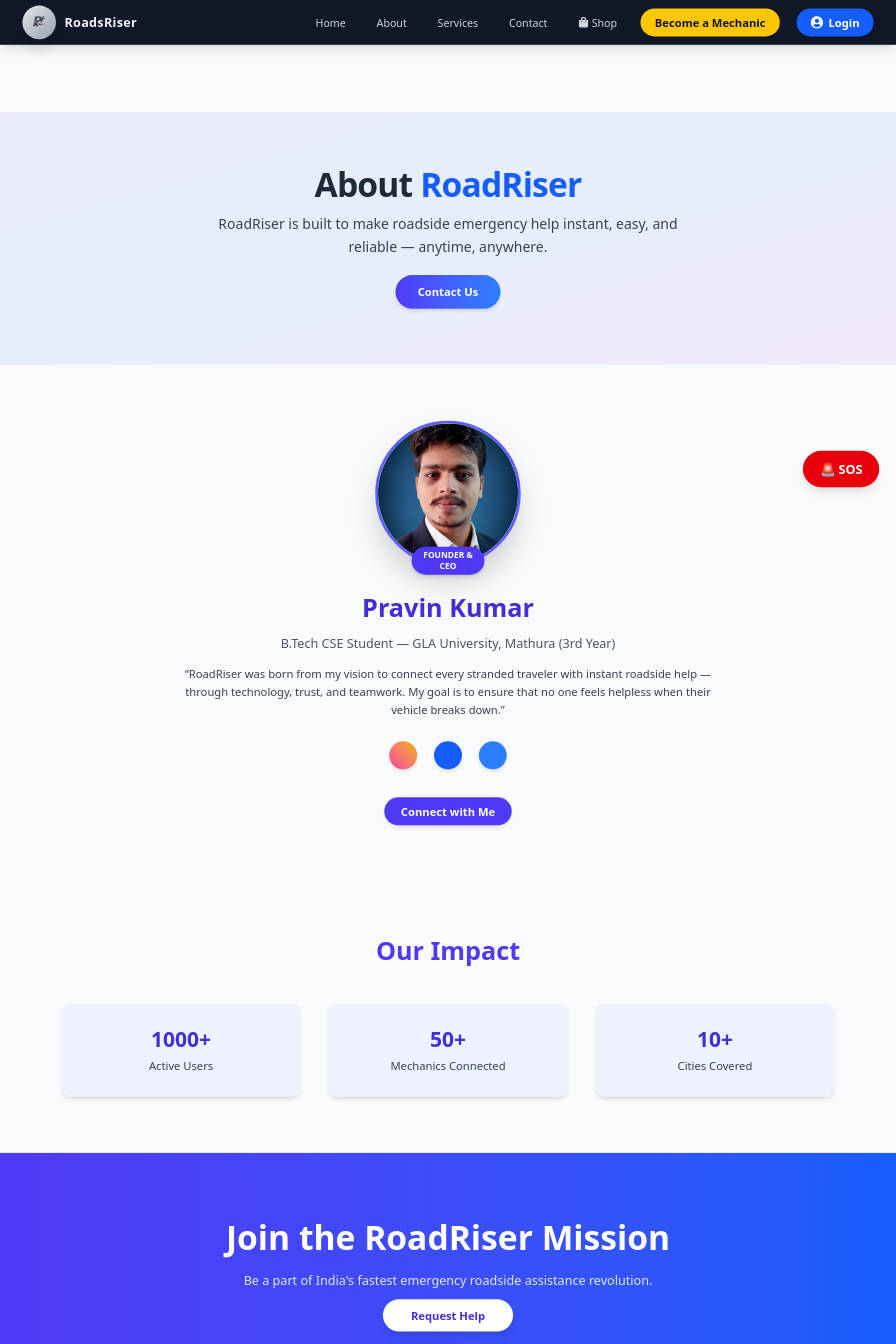
Repository: pravin-8859/ROADSRISER-APP
Page: /about (app in frontend/)
An editor plug-in stored every save of this project. The page is shown before and after the next save, followed by the edit.
The browser window is 1280 px wide. The pictures show the part of the page from y = 0 to 1920 px (the page is 2573 px tall), at 70% of full size.
The project was rebuilt for these pictures with package versions that can differ from the ones it lists, and the page was loaded fresh each time. Also part of the build but not shown: frontend/vite.config.js, frontend/src/components/MainSection.jsx, frontend/src/pages/Home.jsx, frontend/src/pages/MechanicSearch.jsx, frontend/src/pages/RequestHelp.jsx, frontend/src/pages/Shop.jsx, frontend/src/pages/Services.jsx, frontend/src/pages/Contact.jsx and 18 more.

Above is the page before, as saved 2025-11-19 01:24:53.

### frontend/src/App.jsx
import React from "react";
import { BrowserRouter as Router, Routes, Route, Navigate } from "react-router-dom";
import Navbar from "./components/Navbar";
import Footer from "./components/Footer";
import Home from "./pages/Home"; // keep if exists
import MechanicSearch from "./pages/MechanicSearch";
import RequestHelp from "./pages/RequestHelp";
import Shop from "./pages/Shop";
import About from "./pages/About";
import Services from "./pages/Services";
import Contact from "./pages/Contact";
import UserSignup from "./pages/UserSignup";
import UserLogin from "./pages/UserLogin";
import DashboardUser from "./pages/user/DashboardUser";
import MechanicSignup from "./pages/MechanicSignup";
import MechanicLogin from "./pages/MechanicLogin";
import DashboardMechanic from "./pages/DashboardMechanic"; // full mechanic dashboard demo
import ForgotPassword from "./pages/ForgotPassword";
import ResetPassword from "./pages/ResetPassword";
import ScrollToTop from "./components/ScrollToTop";
import SOSButton from "./components/SOSButton";

export default function App() {
  return (
    <Router>
      <Navbar />
      <div className="pt-16">
        <ScrollToTop />
        <Routes>
          <Route path="/user/signup" element={<UserSignup />} />
          <Route path="/user/login" element={<UserLogin />} />
          <Route path="/user/dashboard" element={<DashboardUser />} />
          <Route path="/auth/mechanic/signup" element={<MechanicSignup />} />
          <Route path="/auth/mechanic/login" element={<MechanicLogin />} />
          <Route path="/mechanic/dashboard" element={<DashboardMechanic />} />
          <Route path="/forgot-password" element={<ForgotPassword />} />
          <Route path="/reset-password/:token" element={<ResetPassword />} />
          <Route path="/about" element={<About />} />
          <Route path="/services" element={<Services />} />
          <Route path="/contact" element={<Contact />} />
          <Route path="/shop" element={<Shop />} />
          <Route path="/mechanic-search" element={<MechanicSearch />} />
          <Route path="/request-help" element={<RequestHelp />} />
          <Route path="/" element={<Home />} />
          <Route path="*" element={<Navigate to="/user/login" />} />
        </Routes>
        <Footer />
        <SOSButton />
      </div>
    </Router>
  );
}

### frontend/src/components/Footer.jsx
import React from "react";
import { Link } from "react-router-dom";
import { FaFacebookF, FaInstagram, FaLinkedinIn, FaYoutube, FaWhatsapp } from "react-icons/fa";

export default function Footer() {
  return (
    <footer className="relative bg-gradient-to-b from-gray-50 to-gray-100 dark:from-gray-900 dark:to-gray-950 text-gray-700 dark:text-gray-300 border-t border-gray-200 dark:border-gray-800 transition-colors duration-500">
      <div className="max-w-7xl mx-auto px-6 sm:px-8 lg:px-10 py-14 grid grid-cols-1 sm:grid-cols-3 gap-10">
        <div>
          <h2 className="text-lg font-semibold text-gray-900 dark:text-white mb-3">About RoadsRiser</h2>
          <p className="text-sm leading-relaxed text-gray-600 dark:text-gray-400">RoadsRiser connects stranded drivers with nearby mechanics and towing support — making roadside help fast, simple, and reliable.</p>
        </div>

        <div>
          <h2 className="text-lg font-semibold text-gray-900 dark:text-white mb-3">Quick Links</h2>
          <ul className="space-y-2 text-sm">
            {[{to:"/",label:"Home"},{to:"/about",label:"About"},{to:"/services",label:"Services"},{to:"/contact",label:"Contact"},{to:"/shop",label:"Shop"}].map((link,i)=>(
              <li key={i}><Link to={link.to} className="hover:text-indigo-600 dark:hover:text-indigo-400 transition-colors duration-300">{link.label}</Link></li>
            ))}
          </ul>
        </div>

        <div>
          <h2 className="text-lg font-semibold text-gray-900 dark:text-white mb-3">Get in Touch</h2>
          <p className="text-sm text-gray-600 dark:text-gray-400">📍 Mathura, India</p>
          <p className="text-sm text-gray-600 dark:text-gray-400">📞 +91 9389867581</p>
          <p className="text-sm text-gray-600 dark:text-gray-400">✉️ support-praviiiinn@gmail.com</p>
        </div>
      </div>

      <div className="max-w-7xl mx-auto px-6 sm:px-8 lg:px-10 border-t border-gray-200 dark:border-gray-700 pt-10 pb-8 text-center">
        <div className="flex flex-wrap justify-center gap-x-6 gap-y-3 md:gap-x-12 text-sm font-medium text-gray-600 dark:text-gray-400 mb-6 leading-relaxed">
          {"Seat Covers & Installation,Towing,Flat Tyre,Battery Jumpstart,Starting Problem,Key Unlock,Fuel Delivery,Fitment Service".split(",").map((s,i)=>(<span key={i} className="hover:text-indigo-600 dark:hover:text-indigo-400 cursor-default">{s}</span>))}
        </div>

        <div className="flex flex-wrap justify-center items-center gap-8 mb-6">
          <a href="https://www.apple.com/in/app-store/" target="_blank" rel="noreferrer" className="hover:scale-105 transition-transform duration-300"><img src="https://developer.apple.com/assets/elements/badges/download-on-the-app-store.svg" alt="appstore" className="h-10 md:h-12 filter dark:brightness-90" /></a>
          <a href="https://play.google.com/store" target="_blank" rel="noreferrer" className="hover:scale-105 transition-transform duration-300"><img src="https://upload.wikimedia.org/wikipedia/commons/7/78/Google_Play_Store_badge_EN.svg" alt="play" className="h-10 md:h-12 filter dark:brightness-90" /></a>
        </div>

        <div className="flex justify-center items-center gap-6 md:gap-8 mb-8">
          {[
            {icon:<FaFacebookF/>,link:"https://facebook.com"},
            {icon:<FaInstagram/>,link:"https://instagram.com"},
            {icon:<FaLinkedinIn/>,link:"https://linkedin.com"},
            {icon:<FaYoutube/>,link:"https://youtube.com"},
            {icon:<FaWhatsapp/>,link:"https://wa.me/9389867581"}
          ].map((s,i)=>(
            <a key={i} href={s.link} target="_blank" rel="noreferrer" className="w-10 h-10 flex items-center justify-center rounded-full border border-gray-400 dark:border-gray-600 text-gray-700 dark:text-gray-300 hover:text-white hover:bg-indigo-600 hover:border-indigo-600 transition-all duration-300 text-lg">{s.icon}</a>
          ))}
        </div>

        <div className="text-center text-sm text-gray-500 dark:text-gray-400 pt-4 border-t border-gray-200 dark:border-gray-700 mt-6">
          © {new Date().getFullYear()} <span className="font-semibold text-gray-800 dark:text-gray-200">RoadsRiser</span> — All rights reserved.
        </div>
      </div>
    </footer>
  );
}

### frontend/src/pages/About.jsx
// src/pages/About.jsx
import React from "react";
import { Link } from "react-router-dom";

// Imported founder picture
import founderImg from "../assets/MyPic.png";
import fbIcon from "../assets/facebook.png";
import igIcon from "../assets/instagram.png";
import lnIcon from "../assets/linkedin.png";

export default function About() {
  return (
    <div className="min-h-screen bg-gray-50 dark:bg-gray-900 text-gray-800 dark:text-gray-100 transition-colors duration-500 pt-24">

      {/* 🌟 Intro Section */}
      <section className="relative flex flex-col items-center justify-center text-center px-6 py-20
        bg-gradient-to-br from-indigo-500/10 via-blue-500/10 to-purple-500/10
        dark:from-indigo-900/20 dark:via-blue-900/10 dark:to-purple-900/20">

        <h1 className="text-4xl md:text-5xl font-extrabold mb-4 tracking-tight">
          About <span className="text-blue-600 dark:text-blue-400">RoadRiser</span>
        </h1>

        <p className="text-lg md:text-xl max-w-2xl text-gray-700 dark:text-gray-300 leading-relaxed">
          RoadRiser is built to make roadside emergency help instant, easy, and reliable —
          anytime, anywhere.
        </p>

        <Link
          to="/contact"
          className="mt-6 inline-block bg-gradient-to-r from-indigo-600 to-blue-500
          text-white px-8 py-3 rounded-full font-semibold shadow-md hover:scale-105
          transition-transform duration-300"
        >
          Contact Us
        </Link>
      </section>


      {/* 👤 Founder & CEO Section */}
<section className="max-w-6xl mx-auto py-20 px-6 text-center flex flex-col items-center space-y-10">
  <div className="relative">
    <img
      src={founderImg}
      alt="Founder"
      className="w-52 h-52 object-cover rounded-full shadow-2xl border-4 border-indigo-500 dark:border-indigo-400 hover:scale-105 transition-transform duration-500"
    />
    <div className="absolute -bottom-3 left-1/2 transform -translate-x-1/2 bg-indigo-600 text-white text-xs uppercase font-semibold px-3 py-1 rounded-full shadow-md">
      Founder & CEO
    </div>
  </div>

  {/* Founder Info */}
  <div className="max-w-3xl text-center space-y-4">
    <h2 className="text-3xl md:text-4xl font-bold text-indigo-700 dark:text-indigo-400">
      Pravin Kumar
    </h2>
    <p className="text-gray-600 dark:text-gray-400 text-lg">
      B.Tech CSE Student — GLA University, Mathura (3rd Year)
    </p>
    <p className="text-gray-700 dark:text-gray-300 leading-relaxed">
      “RoadRiser was born from my vision to connect every stranded traveler with instant roadside help —
      through technology, trust, and teamwork. My goal is to ensure that no one feels helpless when their vehicle breaks down.”
    </p>

    {/* 🌐 Social Icons */}
    <div className="flex justify-center gap-6 pt-4">
      <a
        href="https://www.instagram.com/pravinn._07?igsh=NHN6NTV6Zjh5ZW40"
        target="_blank"
        rel="noopener noreferrer"
        className="w-10 h-10 flex items-center justify-center rounded-full bg-gradient-to-tr from-pink-500 to-yellow-500 text-white text-lg hover:scale-110 shadow-md transition-transform duration-300"
      >
        <i className="fab fa-instagram"></i>
      </a>

      <a
        href="www.linkedin.com/in/pravin9389"
        target="_blank"
        rel="noopener noreferrer"
        className="w-10 h-10 flex items-center justify-center rounded-full bg-blue-600 text-white text-lg hover:scale-110 shadow-md transition-transform duration-300"
      >
        <i className="fab fa-linkedin-in"></i>
      </a>

      <a
        href="https://www.facebook.com/share/1FaUBUAXFc/"
        target="_blank"
        rel="noopener noreferrer"
        className="w-10 h-10 flex items-center justify-center rounded-full bg-blue-500 text-white text-lg hover:scale-110 shadow-md transition-transform duration-300"
      >
        <i className="fab fa-facebook-f"></i>
      </a>
    </div>

    {/* Connect Button */}
    <div className="pt-6">
      <Link
        to="/contact"
        className="inline-block bg-indigo-600 hover:bg-indigo-700 text-white font-semibold px-6 py-2 rounded-full shadow-md hover:shadow-lg transition-transform hover:scale-105"
      >
        Connect with Me
      </Link>
    </div>
  </div>
</section>


      {/* Impact Section */}
      <section className="max-w-6xl mx-auto py-20 px-6 text-center">
        <h2 className="text-3xl md:text-4xl font-bold mb-14 text-indigo-600 dark:text-indigo-400">
          Our Impact
        </h2>

        <div className="grid grid-cols-1 md:grid-cols-3 gap-10">
          {[
            { count: "1000+", label: "Active Users" },
            { count: "50+", label: "Mechanics Connected" },
            { count: "10+", label: "Cities Covered" },
          ].map((item, i) => (
            <div
              key={i}
              className="bg-indigo-50 dark:bg-gray-800 p-8 rounded-xl shadow-md hover:scale-105 transition-transform"
            >
              <h3 className="text-3xl font-bold text-indigo-700 dark:text-indigo-300 mb-2">
                {item.count}
              </h3>
              <p className="text-gray-700 dark:text-gray-300">{item.label}</p>
            </div>
          ))}
        </div>
      </section>


      {/* CTA Section */}
      <section className="text-center py-24 bg-gradient-to-r from-indigo-600 to-blue-600
        dark:from-gray-900 dark:to-gray-800 text-white">

        <h2 className="text-4xl md:text-5xl font-extrabold mb-6">
          Join the RoadRiser Mission
        </h2>

        <p className="max-w-2xl mx-auto text-lg mb-6 text-blue-100 dark:text-gray-300">
          Be a part of India's fastest emergency roadside assistance revolution.
        </p>

        <Link
          to="/request-help"
          className="bg-white text-indigo-700 dark:bg-indigo-600 dark:text-white
          font-semibold px-10 py-3 rounded-full shadow-lg hover:scale-105 transition"
        >
          Request Help
        </Link>
      </section>

    </div>
  );
}

### frontend/src/components/ScrollToTop.jsx
import { useEffect } from "react";
import { useLocation } from "react-router-dom";

export default function ScrollToTop() {
  const { pathname } = useLocation();

  useEffect(() => {
    window.scrollTo({
      top: 0,
      behavior: "smooth", // ya "auto" agar instant jump chahiye
    });
  }, [pathname]);

  return null;
}

### frontend/src/components/SOSButton.jsx
import { useState } from "react";
import { useNavigate } from "react-router-dom";

export default function SOSButton() {
  const [loading, setLoading] = useState(false);
  const [message, setMessage] = useState("");
  const navigate = useNavigate();

  // Example: token check (you can replace with your auth state or context)
  const isLoggedIn = !!localStorage.getItem("token"); // token stored on login

  const sendSOS = async () => {
    if (!isLoggedIn) {
      alert("⚠️ Please login first to request help.");
      navigate("/auth"); // redirect to login/signup page
      return;
    }

    setLoading(true);
    setMessage("");

    try {
      // Optionally, get live location
      navigator.geolocation.getCurrentPosition(async (pos) => {
        const { latitude, longitude } = pos.coords;

        const response = await fetch("http://localhost:5000/api/report/sos", {
          method: "POST",
          headers: {
            "Content-Type": "application/json",
            Authorization: `Bearer ${localStorage.getItem("token")}`,
          },
          body: JSON.stringify({
            latitude,
            longitude,
            type: "Emergency SOS",
          }),
        });

        if (response.ok) {
          setMessage("🚨 SOS request sent successfully!");
        } else {
          setMessage("❌ Failed to send SOS request.");
        }
        setLoading(false);
      });
    } catch (err) {
      setMessage("⚠️ Error getting location or sending request.");
      setLoading(false);
    }
  };

  return (
    <>
      {/* Floating SOS Button */}
      <button
        onClick={sendSOS}
        disabled={loading}
        className={`fixed bottom-6 right-6 z-50 px-6 py-3 rounded-full shadow-lg text-white font-bold text-lg transition-all ${
          loading ? "bg-gray-400 cursor-not-allowed" : "bg-red-600 hover:bg-red-700"
        }`}
      >
        {loading ? "Sending..." : "🚨 SOS"}
      </button>

      {/* Response message */}
      {message && (
        <div className="fixed bottom-20 right-6 bg-white border border-gray-300 shadow-md p-3 rounded-md text-gray-800 text-sm">
          {message}
        </div>
      )}
    </>
  );
}

Loaded but not shown: frontend/index.html (common file); frontend/src/main.jsx (common file); frontend/src/index.css (common file); frontend/src/components/Navbar.jsx (194 lines, source omitted)

After the next save:
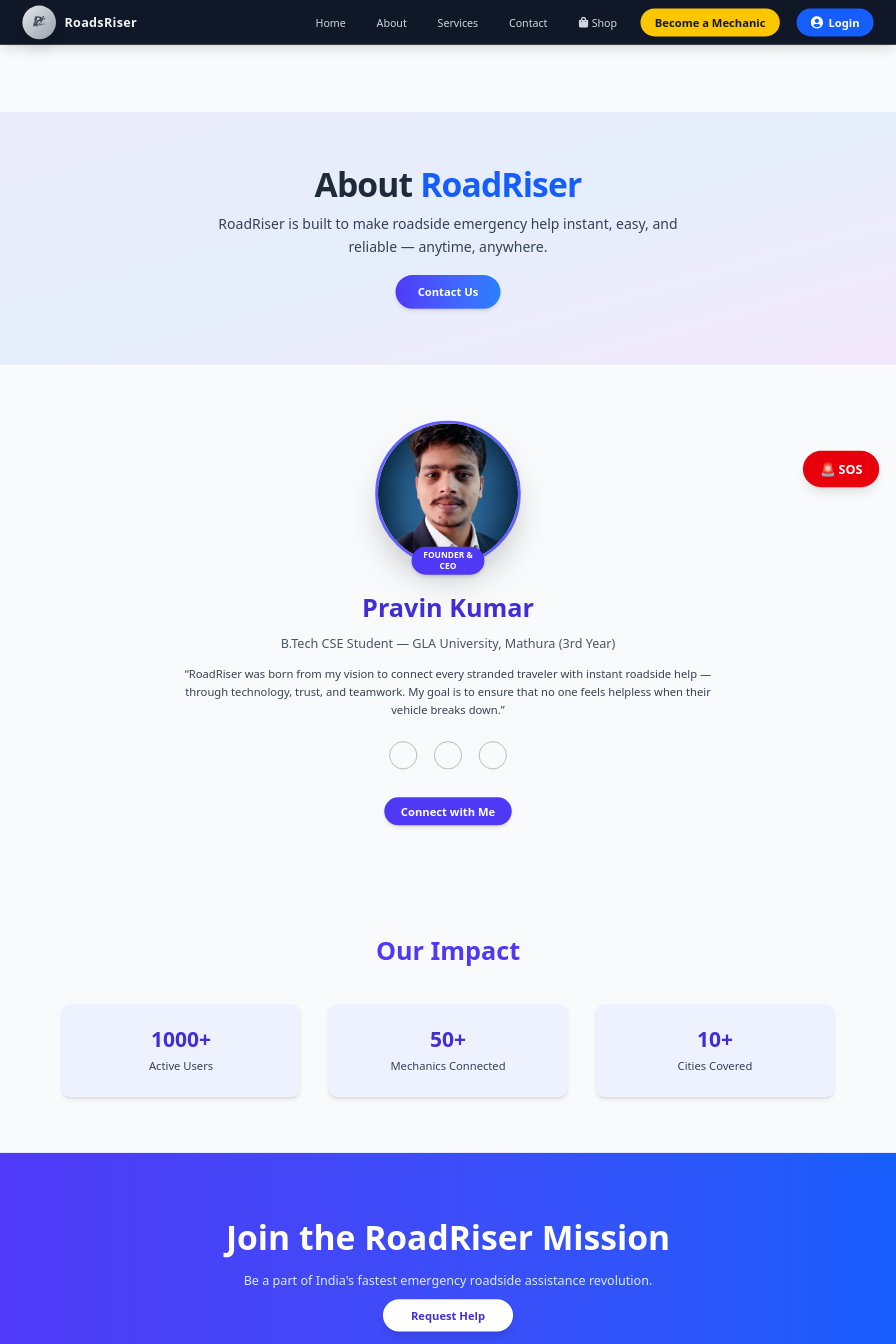
Saved 40 s later.
--- a/frontend/src/pages/About.jsx
+++ b/frontend/src/pages/About.jsx
@@ -64,34 +64,35 @@
     </p>
 
     {/* 🌐 Social Icons */}
-    <div className="flex justify-center gap-6 pt-4">
-      <a
-        href="https://www.instagram.com/pravinn._07?igsh=NHN6NTV6Zjh5ZW40"
-        target="_blank"
-        rel="noopener noreferrer"
-        className="w-10 h-10 flex items-center justify-center rounded-full bg-gradient-to-tr from-pink-500 to-yellow-500 text-white text-lg hover:scale-110 shadow-md transition-transform duration-300"
-      >
-        <i className="fab fa-instagram"></i>
-      </a>
+<div className="flex justify-center gap-6 pt-4">
+  <a
+    href="https://www.facebook.com/share/1FaUBUAXFc/"
+    target="_blank"
+    rel="noopener noreferrer"
+    className="w-10 h-10 flex items-center justify-center rounded-full border border-gray-400 dark:border-gray-600 text-gray-600 dark:text-gray-300 hover:text-blue-500 hover:border-blue-500 transition-all duration-300"
+  >
+    <i className="fab fa-facebook-f"></i>
+  </a>
 
-      <a
-        href="www.linkedin.com/in/pravin9389"
-        target="_blank"
-        rel="noopener noreferrer"
-        className="w-10 h-10 flex items-center justify-center rounded-full bg-blue-600 text-white text-lg hover:scale-110 shadow-md transition-transform duration-300"
-      >
-        <i className="fab fa-linkedin-in"></i>
-      </a>
+  <a
+    href="https://www.instagram.com/pravinn._07?igsh=NHN6NTV6Zjh5ZW40"
+    target="_blank"
+    rel="noopener noreferrer"
+    className="w-10 h-10 flex items-center justify-center rounded-full border border-gray-400 dark:border-gray-600 text-gray-600 dark:text-gray-300 hover:text-pink-500 hover:border-pink-500 transition-all duration-300"
+  >
+    <i className="fab fa-instagram"></i>
+  </a>
 
-      <a
-        href="https://www.facebook.com/share/1FaUBUAXFc/"
-        target="_blank"
-        rel="noopener noreferrer"
-        className="w-10 h-10 flex items-center justify-center rounded-full bg-blue-500 text-white text-lg hover:scale-110 shadow-md transition-transform duration-300"
-      >
-        <i className="fab fa-facebook-f"></i>
-      </a>
-    </div>
+  <a
+    href="https://www.linkedin.com/in/pravin9389"
+    target="_blank"
+    rel="noopener noreferrer"
+    className="w-10 h-10 flex items-center justify-center rounded-full border border-gray-400 dark:border-gray-600 text-gray-600 dark:text-gray-300 hover:text-blue-600 hover:border-blue-600 transition-all duration-300"
+  >
+    <i className="fab fa-linkedin-in"></i>
+  </a>
+</div>
+
 
     {/* Connect Button */}
     <div className="pt-6">
